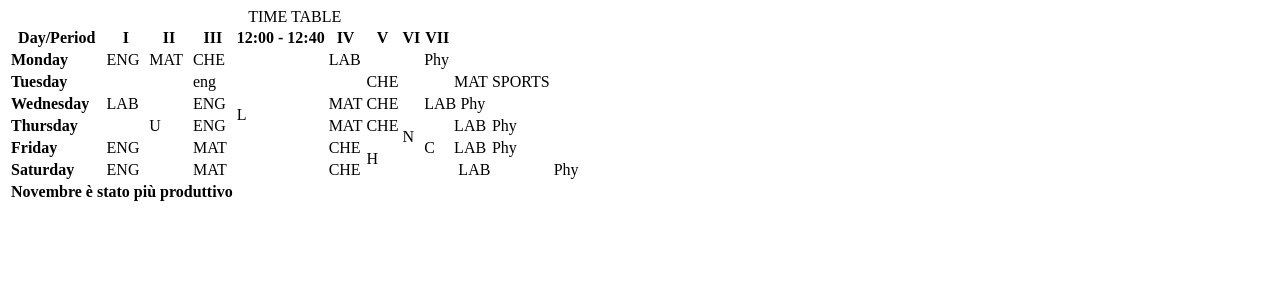
Repository: MicTomm/corso-frontend
Page: HTML/tabella/index.html
An editor plug-in stored every save of this project. The page is shown before and after the next save, followed by the edit.
The browser window is 1280 px wide. The pictures show the whole page.

Above is the page before, as saved 2023-11-07 16:25:40.

After the next save:
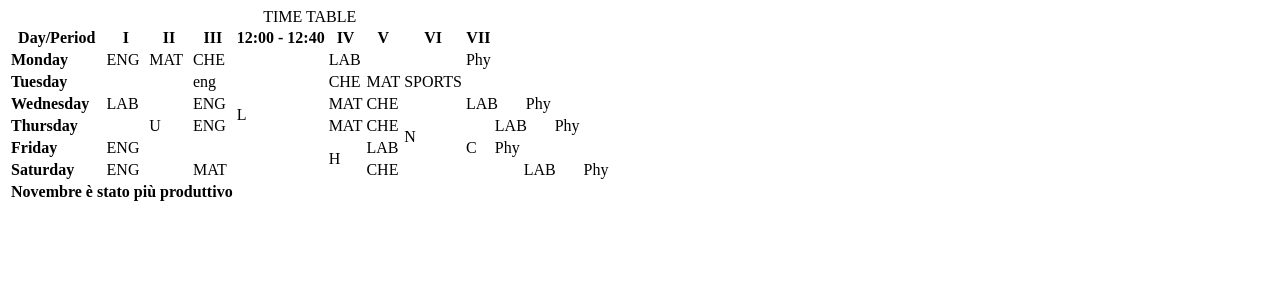
Saved 95 s later.
--- a/HTML/tabella/index.html
+++ b/HTML/tabella/index.html
@@ -36,9 +36,9 @@
         <td><b>Tuesday</b></td>
         <td rowspan="3">LAB</td>
         <td rowspan="6">U</td>
-        <td colspan="3">eng</td>
-        <td colspan="3">CHE</td>
-        <td colspan="3">MAT</td>
+        <td>eng</td>
+        <td>CHE</td>
+        <td>MAT</td>
         <td>SPORTS</td>
       </tr><tr>
         <td><b>Wednesday</b></td>
@@ -58,9 +58,7 @@
         <td>Phy</td>
       </tr><tr>
         <td><b>Friday</b></td>
-        <td>ENG</td>
-        <td>MAT</td>
-        <td>CHE</td>
+        <td colspan="3">ENG</td>
         <td rowspan="6">H</td>
         <td colspan="3">LAB</td>
         <td>Phy</td>
